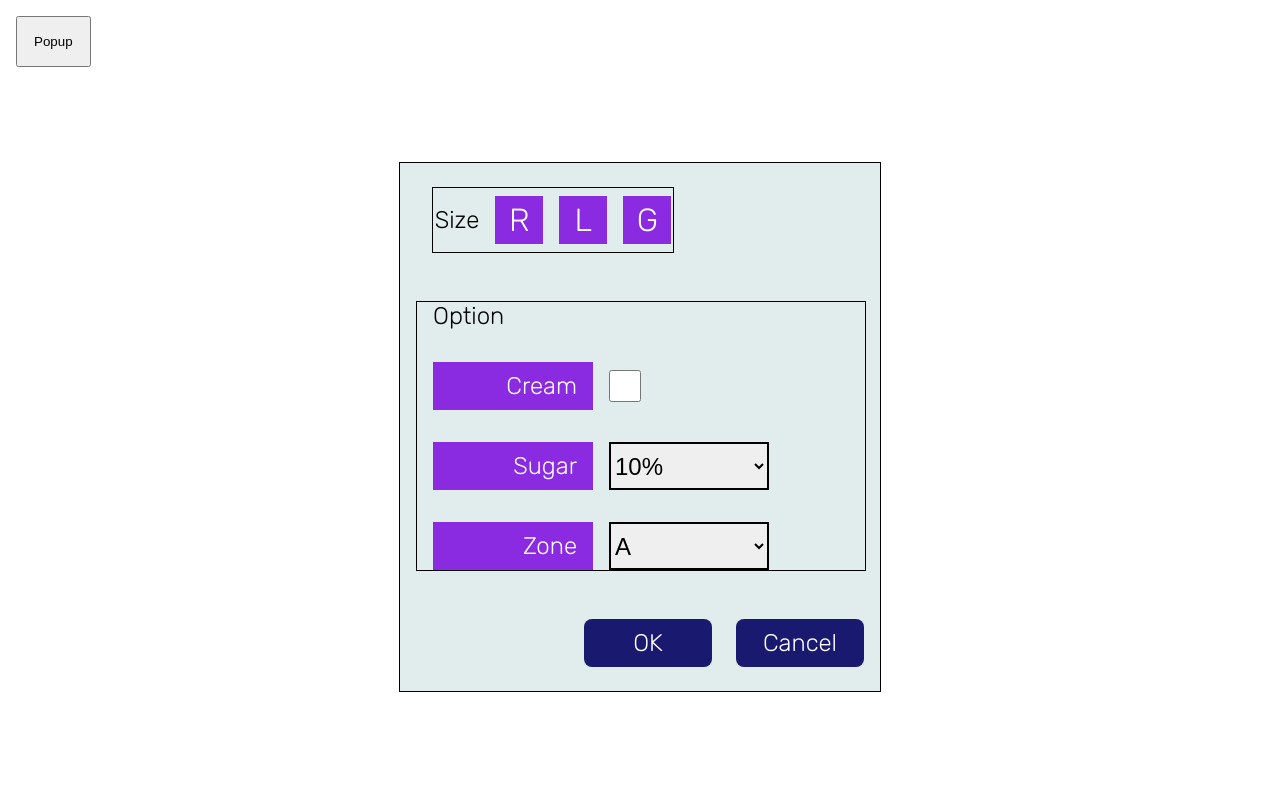
Repository: Dapravith/Midterm-SE-GIC-Cafe-Project-Group16
Page: src/main/resources/templates/PopupDrink.html
The author's editor kept a copy of each file at every save. The page is drawn from the files as they stood at one save, then again after the next save.
The browser window is 1280 px wide. The pictures show the whole page.

Above is the page before, as saved 2023-05-12 14:55:11.

### src/main/resources/templates/PopupDrink.html
<!DOCTYPE html>
<html lang="en">
  <head>
    <meta charset="UTF-8" />
    <meta http-equiv="X-UA-Compatible" content="IE=edge" />
    <meta name="viewport" content="width=device-width, initial-scale=1.0" />
    <title>Popup Drink</title>
    <style>
      @import url("https://fonts.googleapis.com/css2?family=Rubik:wght@300&display=swap");
      * {
        margin: 0;
        padding: 0;
      }
      body {
        font-family: "Rubik", sans-serif;
      }
      button {
        padding: 1rem;
        margin: 1rem 0 0 1rem;
      }
      .main_wrapper {
        height: 100vh;
        display: flex;
        justify-content: center;
        align-items: center;
        // flex-direction: column;
        .wrapper_box {
          width: 30rem;
          height: 33rem;
          border: 1px solid black;
          display: flex;
          justify-content: flex-start;
          // align-items: center;
          flex-direction: column;
          background-color: rgb(225, 237, 237);
          .size_box {
            width: 15rem;
            height: 8rem;
            margin-top: 1.5rem;
            display: flex;
            justify-content: center;
            align-items: center;
            gap: 1rem;
            border: 1px solid black;
            margin-left: 2rem;
            .size_text {
              font-size: 1.5rem;
            }
            .box {
              width: 3rem;
              height: 3rem;
              background-color: blueviolet;
              display: flex;
              justify-content: center;
              align-items: center;
              font-size: 2rem;
              color: white;
              &:hover {
                background-color: orange;
              }
            }
          }
          .option_box {
            width: 28rem;
            font-size: 1.5rem;
            border: 1px solid black;
            margin-left: 1rem;
            margin-top: 3rem;
            display: flex;
            justify-content: center;
            flex-direction: column;
            .option_text {
              font-size: 1.5rem;
              // margin: 1rem 0 0 1rem;
              margin-left: 1rem;
            }
            .box_ {
              width: 10rem;
              height: 3rem;
              background-color: blueviolet;
              color: white;
              display: flex;
              justify-content: flex-end;
              align-items: center;
              span {
                margin-right: 1rem;
              }
            }
            .row1 {
              margin-left: 1rem;
              display: flex;
              gap: 1rem;
              margin-top: 2rem;
              align-items: center;

              input {
                width: 2rem;
                height: 3rem;
                border: 2px solid black;
                display: flex;
                align-items: center;
              }
            }
            .row2 {
              display: flex;
              gap: 1rem;
              margin-top: 2rem;
              align-items: center;
              margin-left: 1rem;

              select {
                width: 10rem;
                height: 3rem;
                border: 2px solid black;
                display: flex;
                justify-content: center;
                align-items: center;
                font-size: 1.5rem;
              }
            }
            .row3 {
              display: flex;
              gap: 1rem;
              margin-top: 2rem;
              align-items: center;
              margin-left: 1rem;

              select {
                width: 10rem;
                height: 3rem;
                border: 2px solid black;
                display: flex;
                justify-content: center;
                align-items: center;
                font-size: 1.5rem;
              }
            }
          }
          .button {
            display: flex;
            justify-content: flex-end;
            gap: 1.5rem;
            margin-top: 3rem;
            margin-right: 1rem;
            margin-bottom: 1.5rem;
            .ok_button {
              width: 8rem;
              height: 3rem;
              font-size: 1.5rem;
              color: white;
              background-color: rgb(25, 25, 112);
              display: flex;
              justify-content: center;
              align-items: center;
              border-radius: 8px;
              transition: 1s;
              &:hover {
                transform: scale(1.1);
                color: red;
              }
            }
            .cancel_button {
              width: 8rem;
              height: 3rem;
              font-size: 1.5rem;
              color: white;
              background-color: rgb(25, 25, 112);
              display: flex;
              justify-content: center;
              align-items: center;
              border-radius: 8px;
              transition: 1s;
              &:hover {
                transform: scale(1.1);
                color: red;
              }
            }
          }
        }
      }
    </style>
  </head>
  <body>
    <button>Popup</button>
    <div class="main_wrapper">
      <div class="wrapper_box">
        <div class="size_box">
          <div class="size_text">
            <span>Size</span>
          </div>
          <div class="box R">
            <span>R</span>
          </div>
          <div class="box L">
            <span>L</span>
          </div>
          <div class="box G">
            <span>G</span>
          </div>
        </div>
        <div class="option_box">
          <div class="option_text">
            <span>Option</span>
          </div>
          <div class="row1">
            <div class="box_ cream">
              <span>Cream</span>
            </div>
            <div class="box_tick">
              <input type="checkbox" />
            </div>
          </div>
          <div class="row2">
            <div class="box_ sugar">
              <span>Sugar</span>
            </div>
            <select name="sugar" id="">
              <option value="">10%</option>
              <option value="">20%</option>
              <option value="">30%</option>
              <option value="">40%</option>
              <option value="">50%</option>
              <option value="">60%</option>
              <option value="">70%</option>
              <option value="">80%</option>
              <option value="">90%</option>
              <option value="">100%</option>
            </select>
          </div>
          <div class="row3">
            <div class="box_ zone">
              <span>Zone</span>
            </div>
            <select name="Zone" id="">
              <option value="">A</option>
              <option value="">B</option>
              <option value="">C</option>
              <option value="">D</option>
              <option value="">E</option>
              <option value="">F</option>
            </select>
          </div>
        </div>
        <div class="button">
          <div class="ok_button">
            <span>OK</span>
          </div>
          <div class="cancel_button">
            <span>Cancel</span>
          </div>
        </div>
      </div>
    </div>
  </body>
</html>

After the next save:
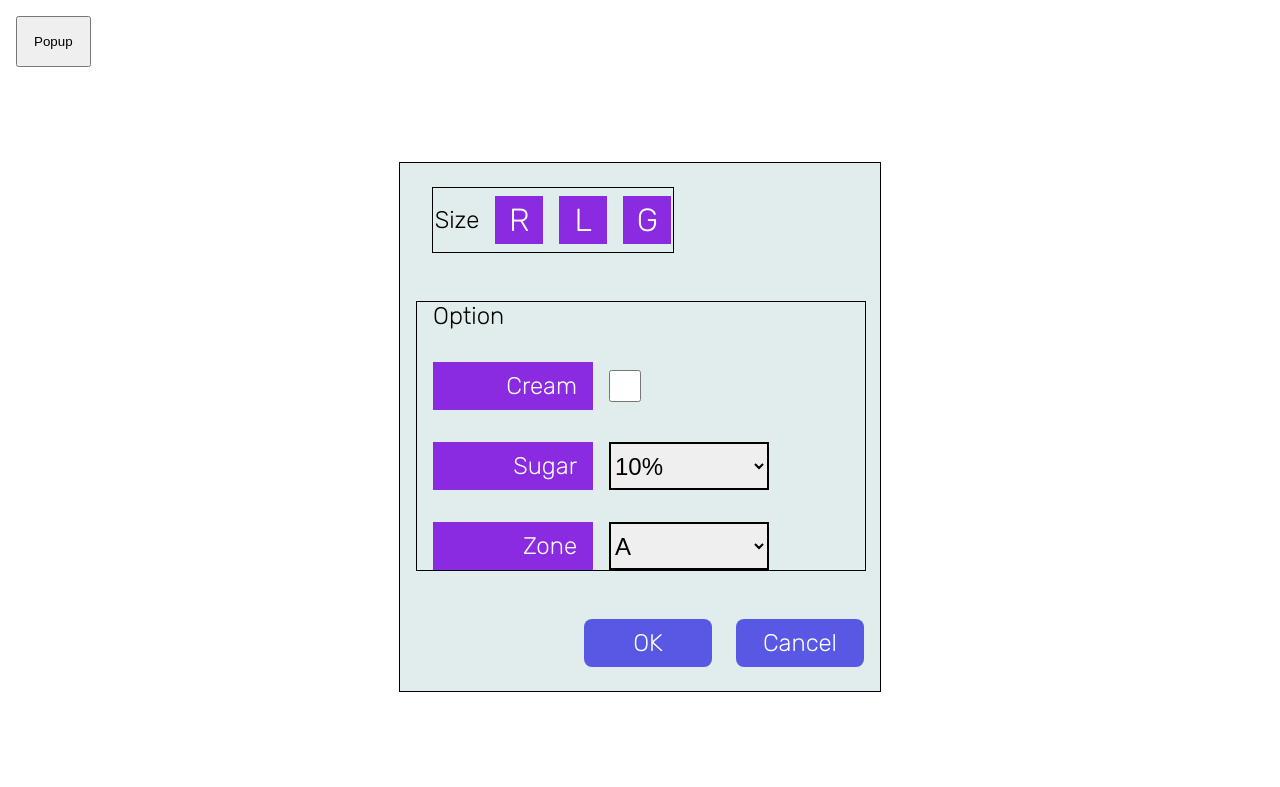
Saved 28 s later.
--- a/src/main/resources/templates/PopupDrink.html
+++ b/src/main/resources/templates/PopupDrink.html
@@ -148,7 +148,7 @@
               height: 3rem;
               font-size: 1.5rem;
               color: white;
-              background-color: rgb(25, 25, 112);
+              background-color: rgb(88, 88, 229);
               display: flex;
               justify-content: center;
               align-items: center;
@@ -164,7 +164,7 @@
               height: 3rem;
               font-size: 1.5rem;
               color: white;
-              background-color: rgb(25, 25, 112);
+              background-color: rgb(88, 88, 229);
               display: flex;
               justify-content: center;
               align-items: center;
